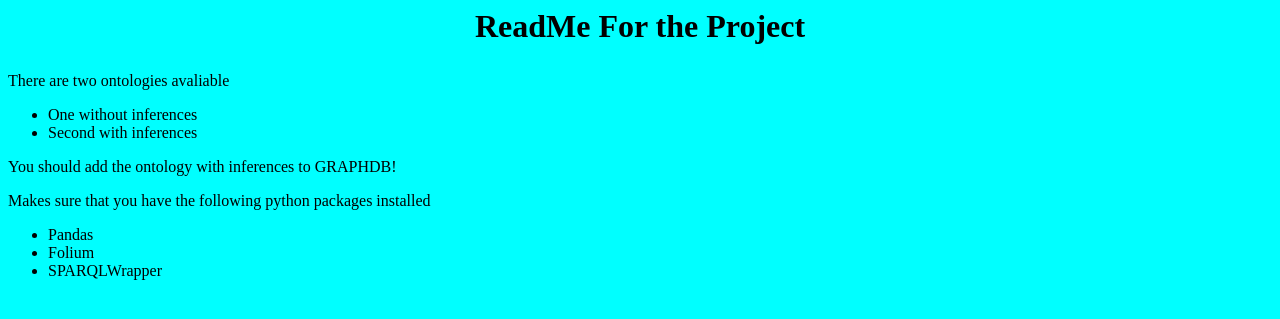
Repository: pawelpiwowarski/Knowledge_and_Data
Page: README.html
The author's editor kept a copy of each file at every save. The page is drawn from the files as they stood at one save, then again after the next save.
The browser window is 1280 px wide. The pictures show the whole page.

Above is the page before, as saved 2022-10-27 22:07:37.

After the next save:
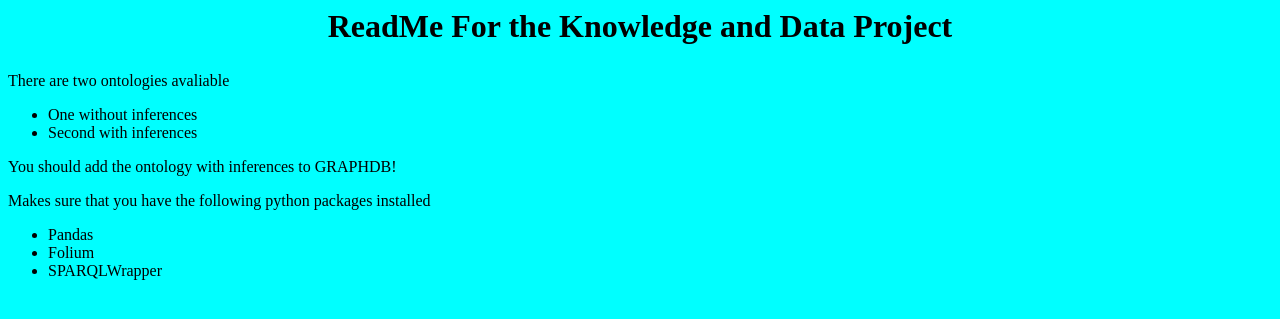
Saved 9 s later.
--- a/README.html
+++ b/README.html
@@ -15,7 +15,7 @@ body { font-family: 'Times New Roman', Times, serif; font-size: 12pt; background
 </style>
 </head>
 <body>
-<h2 id="title"> ReadMe For the Project</h2>
+<h2 id="title"> ReadMe For the Knowledge and Data Project</h2>
 <p> There are two ontologies avaliable</p>
 <ul>
 <li>
